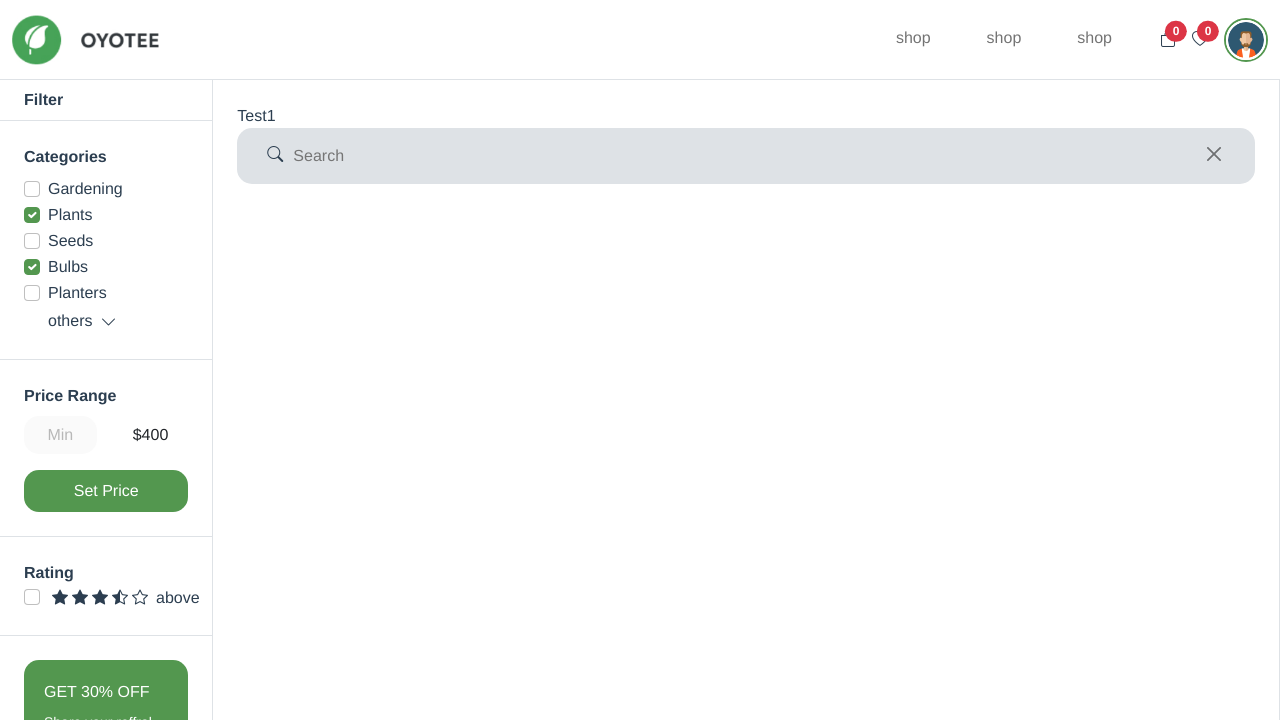
Repository: arpitaWebD/PlantShopping
Page: /
These files come from the project's save history. The page is drawn as it stood at one moment and after a run of saves; the edit follows.
The browser window is 1280 px wide. The pictures show the whole page.
Some web libraries are served in a nearby version. The project was rebuilt for these pictures with package versions that can differ from the ones it lists, and the page was loaded fresh each time. Also part of the build but not shown: src/components/Product.vue, src/components/ProductPreview.vue, src/views/AddToCart.vue, src/views/WishList.vue.

Above is the page before, as saved 2022-01-21 18:21:35.

### index.html
<!DOCTYPE html>
<html lang="en">
<head>
  <meta charset="UTF-8">
  <link rel="icon" href="/favicon.ico" />
  <meta name="viewport" content="width=device-width, initial-scale=1.0">
  <!-- bootstrap -->
  <link href="https://cdn.jsdelivr.net/npm/bootstrap@5.1.3/dist/css/bootstrap.min.css" rel="stylesheet"
    integrity="sha384-1BmE4kWBq78iYhFldvKuhfTAU6auU8tT94WrHftjDbrCEXSU1oBoqyl2QvZ6jIW3" crossorigin="anonymous" />
  <!--icons -->
  <link rel="stylesheet" href="https://cdn.jsdelivr.net/npm/bootstrap-icons@1.7.1/font/bootstrap-icons.css" />
  <link rel="stylesheet" href="./src/index.css">
  <title>Vite App</title>
</head>
<body>
  <div id="app"></div>
  <script src="https://cdn.jsdelivr.net/npm/bootstrap@5.0.2/dist/js/bootstrap.bundle.min.js"
    integrity="sha384-MrcW6ZMFYlzcLA8Nl+NtUVF0sA7MsXsP1UyJoMp4YLEuNSfAP+JcXn/tWtIaxVXM" crossorigin="anonymous"></script>
  <script type="module" src="/src/main.js"></script>
</body>
</html>

### src/index.css
#app {
  font-family: Avenir, Helvetica, Arial, sans-serif;
  -webkit-font-smoothing: antialiased;
  -moz-osx-font-smoothing: grayscale;
  color: #2c3e50;
  height: 100vh;
}

body {
  margin: 0;
  height: 100vh;
}

/* color code */
:root {
  --green: #175b19;
  --secondary-color: #ffc327;
  --light-gray: #f6f6f6;
  --dark-gray: #485853;
  --primary-color: #53974f;
  --dark-green: #08220e;
  --light-green: #abb3a3;
  --brown: #957f65;
}

a {
  text-decoration: none;
  color: #2c3e50;
}

.primary-btn {
  width: 100%;
  border-radius: 15px;
  color: #fff;
  background: #53974f;
  line-height: 1;
  height: 42px;
  text-transform: capitalize;
  display: flex;
  justify-content: center;
  align-items: center;
}

.primary-btn:hover {
  color: #fff;
}

.primary-btn.yellow-btn {
  background: #ffc327;
  color: var(--dark-gray);
}

.secondary-btn {
  width: 100%;
  border-radius: 15px;
  border: 1px solid #ababab;
  line-height: 1;
  height: 42px;
  text-transform: capitalize;
  display: flex;
  justify-content: center;
  align-items: center;
  cursor: pointer;
  font-weight: 500;
}

.secondary-btn:hover,
.secondary-btn.active {
  color: #fff;
  background: #53974f;
}

.secondary-btn:hover a,
.secondary-btn.active a {
  color: #fff;
}

.btn-check:focus+.btn,
.btn:focus {
  box-shadow: none;
}

.form-check-input:checked {
  background-color: #53974f;
  border-color: #53974f;
}

.form-check-input:checked+.form-check-label {
  font-weight: 500;
}

input:focus {
  outline: 0;
}

/* header */
.header {
  height: 80px;
}

.header .logo {
  height: 50px;
}

.n-links li {
  color: #ababab;
  height: 100%;
  display: flex;
  align-items: center;
  margin-right: 40px;
  cursor: pointer;
  border-bottom: 3px solid transparent;
}

.n-links li.active {
  color: #000;
  border-bottom: 3px solid #53974f;
}

.cart-icon {
  position: relative;
  cursor: pointer;
}

.cart-icon .cart-badge {
  position: absolute;
  background: #dc3545;
  color: #fff;
  border-radius: 100%;
  height: 17px;
  width: 17px;
  font-size: 10px;
  display: flex;
  align-items: center;
  justify-content: center;
  right: -5px;
  bottom: 0;
  border: 2px solid #fff;
}

.avatar-icon {
  border: 2px solid #53974f;
  border-radius: 100%;
}

.avatar-icon img {
  border: 2px solid #fff;
  border-radius: 100%;
}

/* left sidebar */
.left-sidebar .left-sidebar-header {
  text-transform: capitalize;
  font-weight: 600;
  text-align: left;
  display: block;
}

.disable-btn {
  background: #fafafa;
  border-radius: 15px;
  display: flex;
  justify-content: center;
  align-items: center;
  text-transform: capitalize;
  color: #b8b8b8;
}

.discount-card {
  background-color: #53974f;
  border-radius: 15px;
  padding: 20px;
  color: #fff;
}

.discount-card .title {
  font-weight: 500;
  text-transform: uppercase;
}

.sub-title {
  font-size: 14px;
}

/* main */
.search-icon {
  border-radius: 15px;
  background: #dee2e6;
  padding: 15px 30px;
}

.search-icon-round {
  border-radius: 15px 15px 0 0;
}

.search-icon input {
  background-color: transparent;
}

.product-card {
  border: 1px solid #ababab;
  border-radius: 20px;
  position: relative;
  background-color: #fff;
  cursor: pointer;
}

.product-card img {
  height: 290px;
  width: 100%;
  object-fit: contain;
}

.add-product img {
  height: 90px;
}

.product-card .img-section {
  position: relative;
}

.product-card .img-section .like-icon {
  position: absolute;
  right: 0;
  top: 0;
}

.like-icon {
  cursor: pointer
}

.product-card .price-name {
  color: #bfb8b8;
  font-size: 14px;
}

/* right0sidebar */
.right-sidebar {
  position: relative;
  height: 100%;
}

.rs-footer {
  position: absolute;
  bottom: 0;
  width: calc(100% - 3rem);
  background: #fff;
}

.right-sidebar .main-title {
  font-size: 22px;
  font-weight: 500;
  text-transform: capitalize;
  white-space: nowrap;
  overflow: hidden;
  text-overflow: ellipsis;
}
.right-sidebar .img-section {
  height: 200px;
}
.right-sidebar .main-subtitle {
  font-size: 14px;
  color: #ababb8;
  line-height: 16px;
  white-space: nowrap;
  overflow: hidden;
  text-overflow: ellipsis;
}

.tab {
  text-transform: capitalize;
  text-align: center;
  border-bottom: 3px solid transparent;
  cursor: pointer;
  padding-bottom: 10px;
}

.tab-active {
  border-bottom: 3px solid #53974f;
}

.rs-img-section {
  position: relative;
}

.rs-close {
  right: 0;
  top: 10px;
  background: #fafafa;
  height: 30px;
  width: 30px;
  border-radius: 7px;
  display: flex;
  justify-content: center;
  align-items: center;
  position: absolute;
  cursor: pointer;
}

.rs-slider .rs-slider-img {
  height: 50px;
  width: 50px;
  display: flex;
  align-items: center;
  justify-content: center;
  justify-content: space-between;
  border-radius: 10px;
}

.rs-slider-img img {
  object-fit: cover;
  height: 100%;
  width: 100%;
  border-radius: 10px;
}

.hidden {
  display: none;
}

.modal-new {
  left: 50%;
  top: 50%;
  z-index: 2;
  background: #fff;
  transform: translate(-50%, -50%);
  padding: 30px;
  border-radius: 30px;
  position: absolute;
}

.overlay {
  width: 100vw;
  height: 100vh;
  background: #0a0a0a9c;
  z-index: 1;
  position: absolute;
  inset: 0;
}

.close-modal {
  border: none;
  background: transparent;
  position: absolute;
  right: 10px;
  font-size: 50px;
  top: -10px;
}

.search-menu {
  position: relative;
}

.search-dropdown {
  position: absolute;
  background: #fff;
  width: 100%;
  z-index: 1;
}

.search-dropdown ul li {
  padding: 10px;
  cursor: pointer;
}

.search-dropdown ul li:hover {
  background: #e1e1e1;
}

.search-dropdown ul li:not(:last-child) {
  border-bottom: 1px solid #dee2e6;
}

.search-dropdown ul li:last-child {
  border-radius: 0 0 15px 15px;
}

.search-dropdown ul {
  box-shadow: 0 4px 5px #0000006b;
  border-radius: 0 0 15px 15px;
}

.product-detail {
  height: calc(100% - 100px);
  overflow: auto;
}

.addCart-card {
  height: calc(100% - 80px);
  overflow: hidden;
}

.fav-icon {
  color: #dc3545;
}

@media screen and (max-width: 767px) {
  .product-card img {
    height: 290px;
    width: 100%;
    max-height: 200px;
    max-width: 100%;
    object-fit: contain;
  }

  img.logo {
    height: 48px;
  }

  .navbar-collapse {
    position: absolute;
    top: 80px;
    left: 0px;
    width: 100%;
    background: rgb(248, 249, 250);
    z-index: 1;
    box-shadow: rgba(50, 50, 93, 0.25) 0px 6px 12px -2px, rgba(0, 0, 0, 0.3) 0px 3px 7px -3px;
  }

  .addCart-card img {
    width: 100%;
  }
}

### src/App.vue
<template>
  <Navbar />
  <router-view />
</template>

<script>
import Navbar from "./components/Navbar.vue";
export default {
  components: {
    Navbar,
  },
};
</script>

### src/router.js

import {createRouter, createWebHistory} from "vue-router";
import Home from "./views/Home.vue";
import AddCart from "./views/AddToCart.vue";
import WishList from "./views/WishList.vue";
const routes = [
    {
        path: "/",
        name: "Home",
        component: Home
    },
    {
        path: "/AddCart",
        name: "AddCart",
        component: AddCart
    },
    {
        path: "/WishList",
        name: "WishList",
        component: WishList
    },
]
const router = createRouter({

    history: createWebHistory(),
    routes
});
export default router

### src/components/Navbar.vue
<template>
  <nav class="navbar navbar-expand-md navbar-light border-bottom header">
    <div class="container-fluid">
      <a class="navbar-brand" href="#">
        <router-link :to="{ name: 'Home' }">
          <img src="../assets/logo.png" alt="logo" class="logo" />
        </router-link>
      </a>
      <button
        class="navbar-toggler"
        type="button"
        data-bs-toggle="collapse"
        data-bs-target="#navbarNavAltMarkup"
      >
        <span class="navbar-toggler-icon"></span>
      </button>
      <div
        class="collapse navbar-collapse justify-content-md-end justify-content-center"
        id="navbarNavAltMarkup"
      >
        <div class="navbar-nav">
          <ul
            class="d-flex flex-column flex-md-row list-unstyled mb-0 h-100 align-items-center n-links"
          >
            <li class="nav-link">shop</li>
            <li class="nav-link">shop</li>
            <li class="nav-link">shop</li>
          </ul>
        </div>
        <div class="d-flex justify-content-center align-items-center">
          <div class="dropdown">
            <router-link :to="{ name: 'AddCart' }">
              <div class="me-3 cart-icon">
                <i class="bi bi-bag fa-2x"></i>
                <span
                  class="position-absolute bottom-0 start-100 translate-middle badge rounded-pill bg-danger"
                  >{{ cart.length }}</span
                >
              </div>
            </router-link>
          </div>
          <div class="me-3">
            <router-link :to="{ name: 'WishList' }">
              <div class="cart-icon">
                <i class="bi bi-heart fa-2x"></i>
                <span
                  class="position-absolute bottom-0 start-100 translate-middle badge rounded-pill bg-danger"
                  >{{ wishList.length }}</span
                >
              </div>
            </router-link>
          </div>
          <div class="avatar-icon">
            <img src="../assets/avatar.png" alt="avatar" width="40" />
          </div>
        </div>
      </div>
    </div>
  </nav>
</template>

<script>
import { mapState, mapMutations } from "vuex";
export default {
  computed: {
    ...mapState(["products", "cart", "wishList"]),
  },
};
</script>

### src/views/Home.vue
<template>
  <div class="addCart-card row p-0 m-0 flex-grow-1 main">
    <LeftSidebar />
    <ProductView />
  </div>
</template>

<script>
import ProductView from "../views/ProductView.vue";
import LeftSidebar from "../views/LeftSidebar.vue";
export default {
  name: "Home",
  components: {
    ProductView,
    LeftSidebar,
  },
};
</script>

### src/views/ProductView.vue
<template>
  <div class="col-lg-9 col-xl-10 col-md-8 p-0 h-100">
    <div class="row m-0 h-100">
      <div
        class="border-end p-4 h-100 overflow-auto"
        :class="[showPreview ? 'col-md-7 col-lg-8' : 'col-lg-12 col-md-12']"
      >
        <Search />
        <div class="row g-3 m-0">
          <div
            class="col-sm-12 "
            :class="[showPreview ? 'col-md-12 col-xl-6 col-xxl-4' : 'col-md-6 col-lg-4']"
            v-for="(product, index) in filterdState"
            :key="index"
          >
            <Product :products="product" />
          </div>
        </div>
      </div>
      <div class="col-md-5 col-lg-4 p-0" v-show="showPreview">
        <ProductPreview
          v-for="productPreview in productPreviews"
          :key="productPreview.id"
          :productPreviews="productPreview"
        />
      </div>
    </div>
  </div>
</template>

<script>
import Product from "../components/Product.vue";
import ProductPreview from "../components/ProductPreview.vue";
import Search from "../components/Search.vue";
import { mapMutations, mapState,mapGetters } from "vuex";
export default {
  components: {
    Product,
    ProductPreview,
    Search
  },
  computed: {
    ...mapState(["products", "search","showPreview", "productPreviews","filterdState"]),
    ...mapGetters(["getProduct"]),
  },
  methods: {
    ...mapMutations(["productPreview"]),
  },
};
</script>

### src/views/LeftSidebar.vue
<template>
  <div class="col-md-4 col-lg-3 col-xl-2 p-0 border-end left-sidebar h-100">
    <div class="border-bottom px-4 py-2">
      <span class="left-sidebar-header">filter</span>
    </div>
    <div class="border-bottom p-4">
      <span class="left-sidebar-header">categories</span>
      <div class="mt-2">
        <div>
          <div class="form-check">
            <input
              class="form-check-input"
              type="checkbox"
              value=""
              id="flexCheckDefault"
            />
            <label class="form-check-label" for="flexCheckDefault">
              Gardening
            </label>
          </div>
          <div class="form-check">
            <input
              class="form-check-input"
              type="checkbox"
              value=""
              id="flexCheckChecked"
              checked
            />
            <label class="form-check-label" for="flexCheckChecked">
              Plants
            </label>
          </div>
          <div class="form-check">
            <input
              class="form-check-input"
              type="checkbox"
              value=""
              id="flexCheckDefault1"
            />
            <label class="form-check-label" for="flexCheckDefault1">
              Seeds
            </label>
          </div>
          <div class="form-check">
            <input
              class="form-check-input"
              type="checkbox"
              value=""
              id="flexCheckChecked2"
              checked
            />
            <label class="form-check-label" for="flexCheckChecked2">
              Bulbs
            </label>
          </div>

          <div class="form-check">
            <input
              class="form-check-input"
              type="checkbox"
              value=""
              id="flexCheckDefault3"
            />
            <label class="form-check-label" for="flexCheckDefault3">
              Planters
            </label>
          </div>
        </div>
        <div class="d-flex align-items-center ms-4">
          <span>others</span>
          <span class="d-flex mt-1 ms-2"
            ><i class="bi bi-chevron-down"></i
          ></span>
        </div>
      </div>
    </div>
    <div class="border-bottom p-4">
      <span class="left-sidebar-header">Price range</span>
      <div class="mt-2 d-flex mb-3">
        <div class="w-50 me-3 disable-btn">min</div>
        <div class="w-50 btn secoudary-btn">$400</div>
      </div>
      <div>
        <button class="btn primary-btn" type="button">set price</button>
      </div>
    </div>
    <div class="border-bottom p-4">
      <span class="left-sidebar-header">Rating</span>
      <div class="d-flex align-items-center">
        <div class="form-check">
          <input
            class="form-check-input"
            type="checkbox"
            value=""
            id="flexCheckDefault"
          />
        </div>
        <div class="d-flex">
          <span class="ms-1"><i class="bi bi-star-fill"></i></span>
          <span class="ms-1"><i class="bi bi-star-fill"></i></span>
          <span class="ms-1"><i class="bi bi-star-fill"></i></span>
          <span class="ms-1"><i class="bi bi-star-half"></i></span>
          <span class="ms-1"><i class="bi bi-star"></i></span>
        </div>
        <div class="ms-2">above</div>
      </div>
    </div>
    <div class="p-4">
      <div class="discount-card d-flex flex-column">
        <span class="title">Get 30% off</span>
        <span class="sub-title my-2">
          Share your reffral code and get discount!
        </span>
        <button class="btn primary-btn yellow-btn" type="button">share</button>
      </div>
    </div>
  </div>
</template>

<script>
export default {};
</script>

<style></style>

### src/components/Search.vue
<template>
<div class="text">Test1</div>
  {{ color }} <!-- This works -->
    <div class="search-menu mb-2">
        <div class="d-flex search-icon" :class="{ 'search-icon-round': modal }">
            <span class="me-2"><i class="bi bi-search"></i></span>
            <input
                    type="text"
                    placeholder="Search"
                    :v-model="search"
                    class="flex-grow-1 border-0"
                    @input="getProduct"
                    @focus="modal = true"
            />
            {{}}
            {{getSearch}}
            <button
                    type="button"
                    class="btn-close btn-sm btn"
                    aria-label="Close"
                    @click="close()"
            ></button>
        </div>
<!--        <div v-if="filterdState && modal" class="search-dropdown">-->
<!--            <ul v-if="filterdState.length" class="list-unstyled mb-0">-->
<!--                <li-->
<!--                        v-for="filterdState in filterdState"-->
<!--                        :key="filterdState.id"-->
<!--                        @click="setState(filterdState)"-->
<!--                >-->
<!--                    <div class="row">-->
<!--                        <div class="col-2 d-flex justify-content-center align-items-center">-->
<!--                            <img :src="filterdState.url" height="80" class="rounded-3" />-->
<!--                        </div>-->
<!--                        <div class="d-flex flex-column col-10">-->
<!--                            <span class="fw-bold">{{ filterdState.name }}</span>-->
<!--                            <span> {{ filterdState.shortdesc }}</span>-->
<!--                            <span class="fw-bold">₹ {{ filterdState.price }}</span>-->
<!--                        </div>-->
<!--                    </div>-->
<!--                </li>-->
<!--            </ul>-->
<!--            <ul v-else class="list-unstyled mb-0">-->
<!--                <li class="text-center fw-bold">No results...</li>-->
<!--            </ul>-->
<!--        </div>-->
    </div>
</template>

<script>
    import { mapGetters, mapState,mapMutations } from "vuex";
    export default {
        computed: {
            ...mapState(["products","search", "filterdState"]),
            ...mapGetters(["getProduct","getSearch"]),
            ...mapMutations(["filterProduct"]),
            search: {
                get () {
                    return this.$store.state.search
                },
                // set (value) {
                //     this.$store.dispatch('filterProduct', value)
                // }
            }
        },
        methods: {
            ...mapMutations(["filterProduct"])
        }
    };
</script>

Loaded but not shown: src/main.js (214 lines, source omitted)

After the next 2 saves:
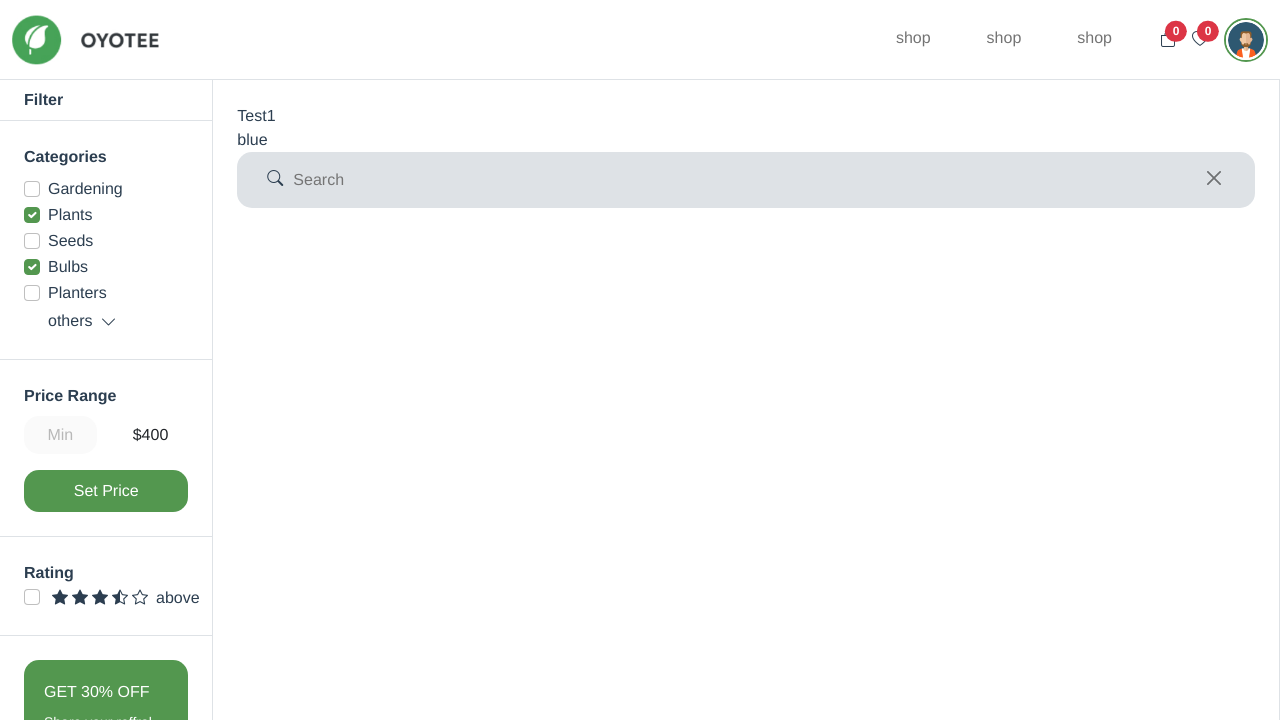
The 2 saves are shown as one change because they came seconds apart.
The last was saved 16 s later.
--- a/src/components/Search.vue
+++ b/src/components/Search.vue
@@ -50,6 +50,11 @@
 <script>
     import { mapGetters, mapState,mapMutations } from "vuex";
     export default {
+         data() {
+      return {
+        color: 'blue',
+      }
+    },
         computed: {
             ...mapState(["products","search", "filterdState"]),
             ...mapGetters(["getProduct","getSearch"]),
